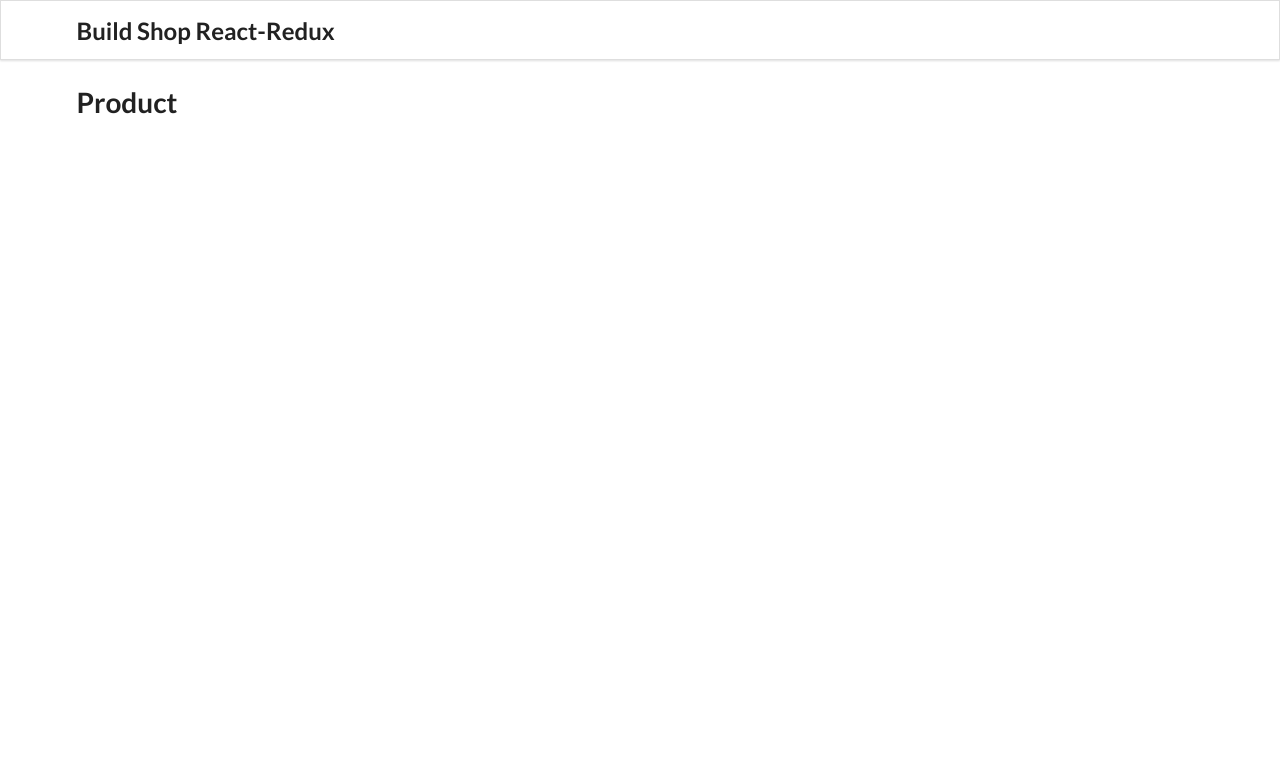
Repository: fdhhhdjd/React-Redux-Clothers-Calculate
Page: /
The author's editor kept a copy of each file at every save. The page is drawn from the files as they stood at one save, then again after the next save.
The browser window is 1280 px wide. The pictures show the whole page.
The page's requests for data from a server got no answer. The project was rebuilt for these pictures with package versions that can differ from the ones it lists, and the page was loaded fresh each time. No one was signed in, and anything a server would have sent is missing.

Above is the page before, as saved 2021-11-03 15:12:42.

### public/index.html
<!DOCTYPE html>
<html lang="en">
  <head>
    <meta charset="utf-8" />
    <link rel="icon" href="%PUBLIC_URL%/favicon.ico" />
    <meta name="viewport" content="width=device-width, initial-scale=1" />
    <meta name="theme-color" content="#000000" />
    <meta
      name="description"
      content="Web site created using create-react-app"
    />
    <link rel="apple-touch-icon" href="%PUBLIC_URL%/logo192.png" />
    <!--
      manifest.json provides metadata used when your web app is installed on a
      user's mobile device or desktop. See https://developers.google.com/web/fundamentals/web-app-manifest/
    -->
    <link rel="manifest" href="%PUBLIC_URL%/manifest.json" />
    <link
      rel="stylesheet"
      href="https://cdnjs.cloudflare.com/ajax/libs/semantic-ui/2.4.1/semantic.min.css"
      integrity="sha512-8bHTC73gkZ7rZ7vpqUQThUDhqcNFyYi2xgDgPDHc+GXVGHXq+xPjynxIopALmOPqzo9JZj0k6OqqewdGO3EsrQ=="
      crossorigin="anonymous"
    />
    <link rel="preconnect" href="https://fonts.gstatic.com" />
    <link
      href="https://fonts.googleapis.com/css2?family=Roboto:wght@300;400;500&display=swap"
      rel="stylesheet"
    />
    <!--
      Notice the use of %PUBLIC_URL% in the tags above.
      It will be replaced with the URL of the `public` folder during the build.
      Only files inside the `public` folder can be referenced from the HTML.

      Unlike "/favicon.ico" or "favicon.ico", "%PUBLIC_URL%/favicon.ico" will
      work correctly both with client-side routing and a non-root public URL.
      Learn how to configure a non-root public URL by running `npm run build`.
    -->
    <title>React Redux App</title>
  </head>
  <body>
    <noscript>You need to enable JavaScript to run this app.</noscript>
    <div id="root"></div>
    <!--
      This HTML file is a template.
      If you open it directly in the browser, you will see an empty page.

      You can add webfonts, meta tags, or analytics to this file.
      The build step will place the bundled scripts into the <body> tag.

      To begin the development, run `npm start` or `yarn start`.
      To create a production bundle, use `npm run build` or `yarn build`.
    -->
  </body>
</html>

### src/index.js
import React from "react";
import ReactDOM from "react-dom";
import "./index.css";
import App from "./App";
import store from "./Redux/store";
import { Provider } from "react-redux";
import * as serviceWorker from "./serviceWorker";

ReactDOM.render(
  <React.StrictMode>
    <Provider store={store}>
      <App />
    </Provider>
  </React.StrictMode>,
  document.getElementById("root")
);

// If you want your app to work offline and load faster, you can change
// unregister() to register() below. Note this comes with some pitfalls.
// Learn more about service workers: https://bit.ly/CRA-PWA
serviceWorker.unregister();

### src/index.css
* {
  font-family: "Roboto", sans-serif;
  padding: 0;
  margin: 0;
}
body {
  margin: 0;
  font-family: -apple-system, BlinkMacSystemFont, 'Segoe UI', 'Roboto', 'Oxygen',
    'Ubuntu', 'Cantarell', 'Fira Sans', 'Droid Sans', 'Helvetica Neue',
    sans-serif;
  -webkit-font-smoothing: antialiased;
  -moz-osx-font-smoothing: grayscale;
}

code {
  font-family: source-code-pro, Menlo, Monaco, Consolas, 'Courier New',
    monospace;
}

### src/App.js
import React from "react";
import { BrowserRouter as Router, Switch, Route, Link } from "react-router-dom";
import "./App.css";
import { Header, Home } from "./Imports/index";

function App() {
  return (
    <div className="App">
      <>
        <Router>
          <Header />
          <Switch>
            <Route path="/" exact component={Home} />
          </Switch>
        </Router>
      </>
    </div>
  );
}

export default App;

### src/Redux/store.js
import { applyMiddleware, createStore } from "redux";
import logger from "redux-logger";
import thunk from "redux-thunk";
import rootReducer from "./root-reducer";
import { composeWithDevTools } from "redux-devtools-extension";
const middleware = [thunk];
if (process.env.NODE_ENV === "development") {
  middleware.push(logger);
}
const store = createStore(
  rootReducer,
  composeWithDevTools(applyMiddleware(...middleware))
);

export default store;

### src/App.css
* {
  font-family: "Roboto", sans-serif;
  padding: 0;
  margin: 0;
}

.ui.cards > .card > .image {
  height: 250px;
  padding: 20px;
  background: #fff;
  margin: auto;
}
.ui.cards > .card > .image > img {
  height: 100%;
  max-width: 100%;
  width: auto;
}
.ui.cards > .card > .content > .header {
  height: 48px;
  overflow: hidden;
  margin-bottom: 5px;
}
.ui.cards > .card > .content > .description {
  height: 36px;
  margin-bottom: 0px;
  overflow: hidden;
}
.ui.cards > .card .meta.price {
  margin-bottom: 5px;
  font-size: 18px;
  color: #333;
  font-weight: 600;
}

.ui.cards > .card .meta.price > a {
  font-size: 1.3rem;
  color: #222;
}

.ui.menu.fixed {
  height: 60px;
  padding-top: 15px;
}

.ui.grid.container {
  margin-top: 45px;
}

.ui.grid > .row {
  background: #fff;
}
.ui.grid > .row > .column.lp {
  padding: 20px 40px 20px 20px;
  align-self: flex-start !important;
}
.ui.grid > .row > .column.rp {
  padding: 20px 20px 20px 40px;
  text-align: left;
  align-self: flex-start !important;
}

.ui.grid > .row > .column > img,
.ui.grid > .row > img {
  height: 100%;
}
.ui.placeholder .header:not(:first-child):before,
.ui.placeholder .image:not(:first-child):before,
.ui.placeholder .paragraph:not(:first-child):before {
  display: none;
}

.ui.label,
.ui.labels .label {
  font-size: 22px;
}

.column.rp h1 {
  color: #333;
}
.column.rp p {
  font-size: 18px;
  color: #777;
}
.ui.placeholder.segment .column .button,
.ui.placeholder.segment .column .field,
.ui.placeholder.segment .column textarea,
.ui.placeholder.segment .column > .ui.input {
  background-color: #ff3e6c;
  border: 1px solid #ff3e6c;
  color: #fff;
  font-size: 18px;
  margin-left: 0;
}

### src/Imports/index.js
export { default as Header } from "../Pages/Header";
export { default as Home } from "../Pages/Home";

### src/Redux/root-reducer.js
import { combineReducers } from "redux";
import BasketReducer from "./Reducer";
const rootReducer = combineReducers({
  data: BasketReducer,
});
export default rootReducer;

### src/Pages/Header.js
import React from "react";
const Header = () => {
  return (
    <>
      <div className="ui fixed menu">
        <div className="ui container center">
          <h2>Build Shop React-Redux</h2>
        </div>
      </div>
    </>
  );
};

export default Header;

### src/Pages/Home.js
import React, { useEffect } from "react";
import { useDispatch, useSelector } from "react-redux";
import ProductList from "../Components/ProductList";
import { setProducts } from "../Redux/Actions";

const Home = () => {
  const dispatch = useDispatch();
  const { cart } = useSelector((state) => state.data);
  console.log(cart);
  useEffect(() => {
    dispatch(setProducts());
  }, []);
  return (
    <>
      <div className="ui grid container">
        <ProductList cart={cart} />
      </div>
    </>
  );
};

export default Home;

### src/Redux/Reducer.js
import * as types from "./ActionType";
const initialState = {
  cart: [],
  loading: false,
  error: null,
};
const BasketReducer = (state = initialState, action) => {
  const { type, payload } = state;
  switch (type) {
    case types.FETCH_API_START:
      return {
        ...state,
        loading: true,
      };
    case types.FETCH_API_SUCCESS:
      return {
        ...state,
        loading: false,
        cart: payload,
      };
    case types.FETCH_API_FAIL:
      return {
        ...state,
        loading: false,
        error: payload,
      };
    default:
      return state;
  }
};
export default BasketReducer;

### src/Components/ProductList.js
import React, { useEffect } from "react";
import { useSelector } from "react-redux";
import { useDispatch } from "react-redux";
import { setProducts } from "../Redux/Actions";

const ProductList = () => {
  const dispatch = useDispatch();
  const { cart } = useSelector((state) => state.data);
  console.log(cart);
  useEffect(() => {
    dispatch(setProducts());
  }, []);
  return (
    <>
      <h1>Product</h1>
    </>
  );
};

export default ProductList;

### src/Redux/Actions.js
import axios from "axios";
import * as types from "./ActionType";
export const FetchAllStart = () => ({
  type: types.FETCH_API_START,
});
export const FetchAllSuccess = (api) => ({
  type: types.FETCH_API_SUCCESS,
  payload: api,
});
export const FetchAllFail = (error) => ({
  type: types.FETCH_API_FAIL,
  payload: error,
});
export const setProducts = () => {
  return function (dispatch) {
    dispatch(FetchAllStart());
    axios
      .get("https://fakestoreapi.com/products")
      .then((response) => {
        dispatch(FetchAllSuccess(response.data));
      })
      .catch((error) => {
        dispatch(FetchAllFail(error));
      });
  };
};

### src/Redux/ActionType.js
export const FETCH_API_START = "FETCH_API_START";
export const FETCH_API_SUCCESS = "FETCH_API_SUCCESS";
export const FETCH_API_FAIL = "FETCH_API_FAIL";

Loaded but not shown: src/serviceWorker.js (common file)

After the next save:
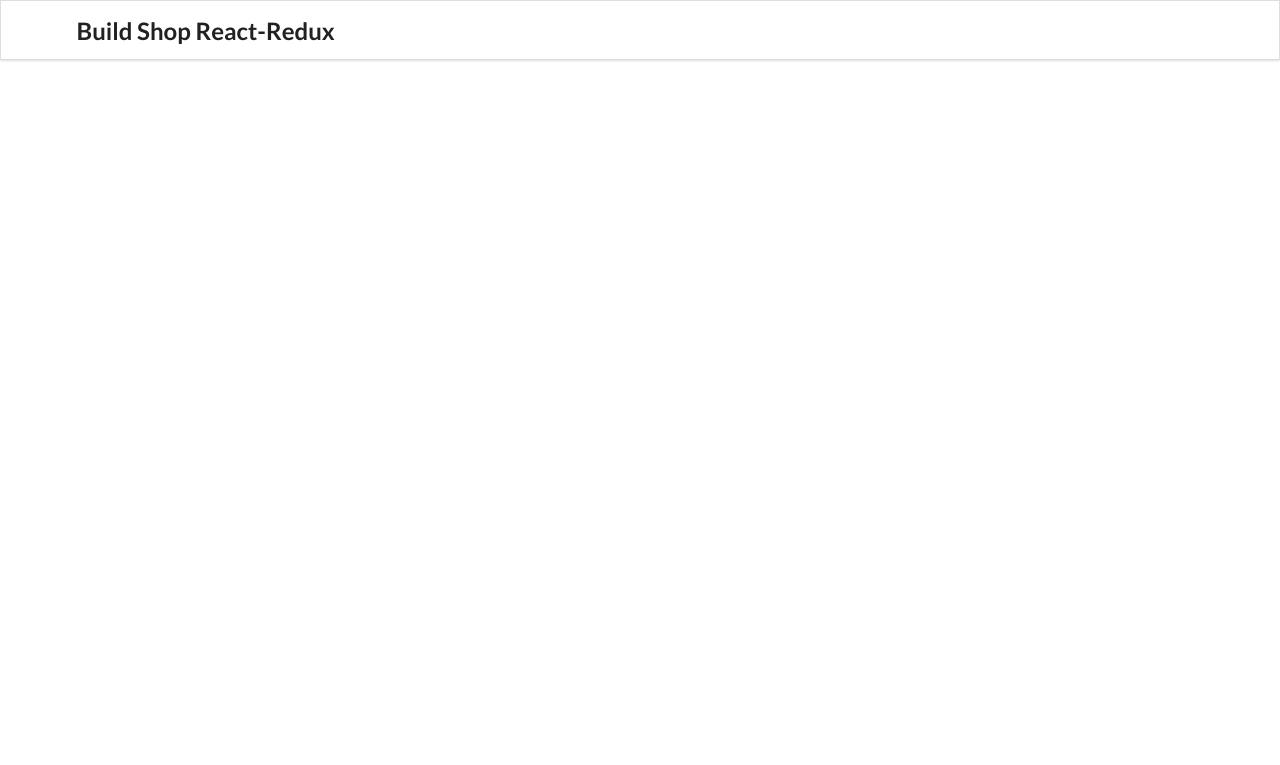
Saved 9 s later.
--- a/src/Components/ProductList.js
+++ b/src/Components/ProductList.js
@@ -1,20 +1,7 @@
 import React, { useEffect } from "react";
-import { useSelector } from "react-redux";
-import { useDispatch } from "react-redux";
-import { setProducts } from "../Redux/Actions";
 
-const ProductList = () => {
-  const dispatch = useDispatch();
-  const { cart } = useSelector((state) => state.data);
-  console.log(cart);
-  useEffect(() => {
-    dispatch(setProducts());
-  }, []);
-  return (
-    <>
-      <h1>Product</h1>
-    </>
-  );
+const ProductList = ({ cart }) => {
+  return <></>;
 };
 
 export default ProductList;
